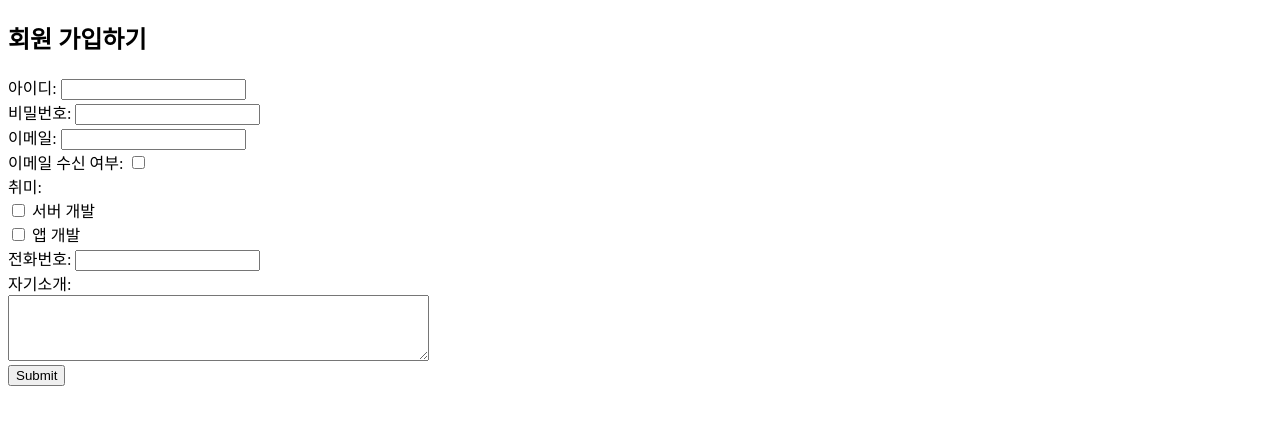
Repository: dnwpdud/WEB_CODES
Page: http://localhost/Homepage_WJO/memberRegister.jsp
The author's editor kept a copy of each file at every save. The page is drawn from the files as they stood at one save, then again after the next save.
The browser window is 1280 px wide. The pictures show the whole page.
The page is served by Tomcat 9. Other server files are loaded and not shown.

Above is the page before, as saved 2024-04-03 07:05:41.

### Homepage_WJO/src/main/webapp/memberRegister.jsp
<%@ page language="java" contentType="text/html; charset=UTF-8"
    pageEncoding="UTF-8"%>
<!DOCTYPE html>
<html>
<head>
<meta charset="UTF-8">
<title>Insert title here</title>
</head>
<body>
	<%
		// TODO : 회원 가입 form 생성. action="register.do" method="post"


	%>

	<h2>회원 가입하기</h2>
	<form action="../register.do" method="post">

	<label for="userid">아이디:</label>
    <input type="text" id="userid" name="userid" required><br>

    <label for="password">비밀번호:</label>
    <input type="password" id="password" name="password" required><br>

    <label for="email">이메일:</label>
    <input type="email" id="email" name="email" required><br>

    <label for="emailAgree">이메일 수신 여부:</label>
    <input type="checkbox" id="emailAgree" name="emailAgree" value="agree" required><br>

    <label for="interest">취미:</label><br>
    <input type="checkbox" id="interest1" name="interest" value="서버개발">
    <label for="interest1">서버 개발</label><br>
    <input type="checkbox" id="interest2" name="interest" value="앱 개발">
    <label for="interest2">앱 개발</label><br>

    <!-- Add more interest checkboxes as needed -->

    <label for="phone">전화번호:</label>
    <input type="tel" id="phone" name="phone" required><br>

    <label for="introduce">자기소개:</label><br>
    <textarea id="introduce" name="introduce" rows="4" cols="50" required></textarea><br>

    <input type="submit" value="Submit">

	</form>
</body>
</html>

After the next save:
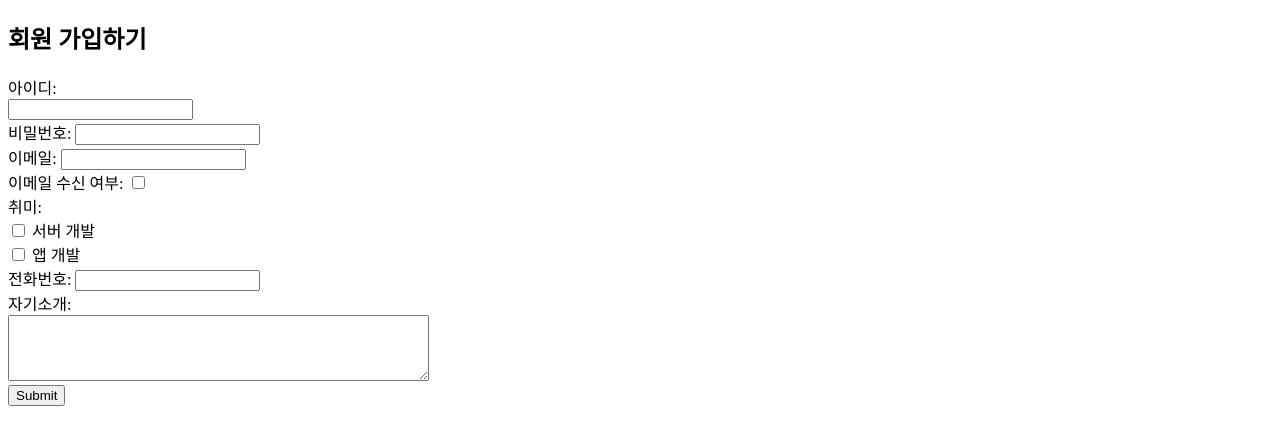
Saved 11 s later.
--- a/Homepage_WJO/src/main/webapp/memberRegister.jsp
+++ b/Homepage_WJO/src/main/webapp/memberRegister.jsp
@@ -16,7 +16,7 @@
 	<h2>회원 가입하기</h2>
 	<form action="../register.do" method="post">
 
-	<label for="userid">아이디:</label>
+	<label for="userid">아이디:</label><br>
     <input type="text" id="userid" name="userid" required><br>
 
     <label for="password">비밀번호:</label>
